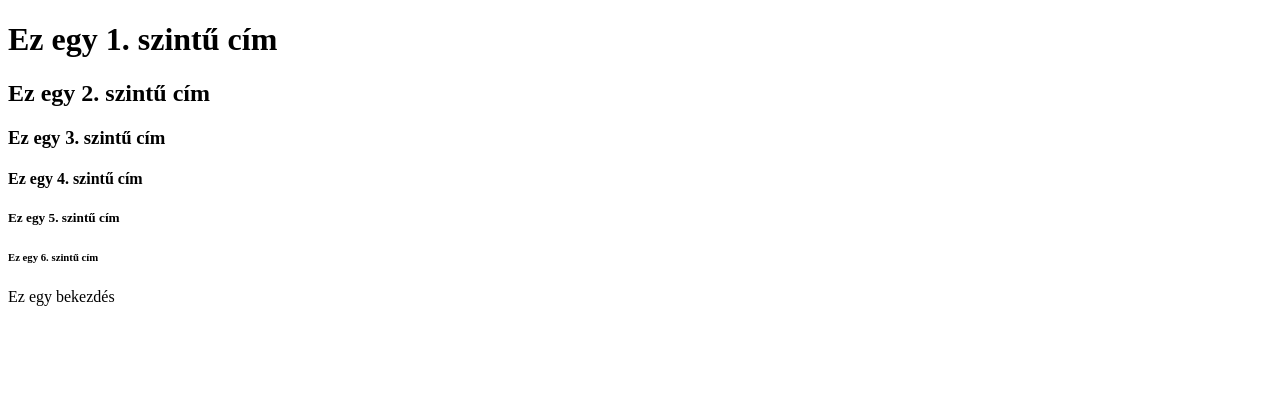
Repository: doomhyena/Web
Page: 2.óra/inedx.html
These files come from the project's save history. The page is drawn as it stood at one moment and after the next save; the edit follows.
The browser window is 1280 px wide. The pictures show the whole page.

Above is the page before, as saved 2024-09-13 10:35:49.

### 2.óra/inedx.html
<!DOCTYPE html>
<html>
   <head>
       <!-- ITT ADHATOD MEG AZ OLDAL NEVÉT -->
       <title>2.óra</title>

       <!-- AZ OLDALLAL KAPCSOLATOS FONTOS ADATOK -->
       <meta charset='UTF-8'>
       <meta name='description' content='2.óra // 2024.09.13'>
       <meta name='keywords' content='Keresést, Segítő, Szavak, Vesszővel, Elválasztva'>
       <meta name='author' content='Neved'>
       <meta name='viewport' content='width=device-width, initial-scale=1.0'>
   </head>
   <body>
    <h1>Ez egy 1. szintű cím</h1>
    <h2>Ez egy 2. szintű cím</h2>
    <h3>Ez egy 3. szintű cím</h3>
    <h4>Ez egy 4. szintű cím</h4>
    <h5>Ez egy 5. szintű cím</h5>
    <h6>Ez egy 6. szintű cím</h6>
    <p>Ez egy bekezdés</p>
   </body>
</html>

After the next save:
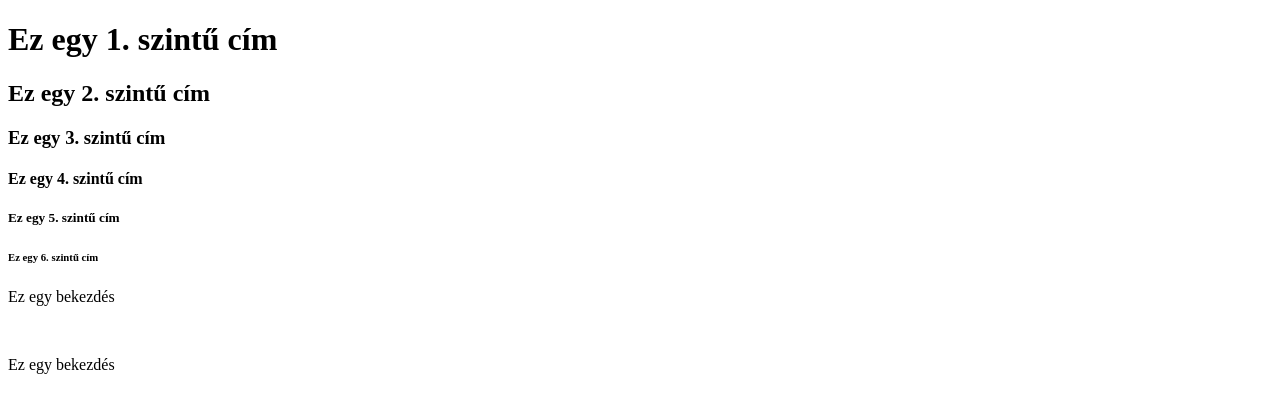
Saved 7 min 22 s later.
--- a/2.óra/inedx.html
+++ b/2.óra/inedx.html
@@ -18,6 +18,6 @@
     <h4>Ez egy 4. szintű cím</h4>
     <h5>Ez egy 5. szintű cím</h5>
     <h6>Ez egy 6. szintű cím</h6>
-    <p>Ez egy bekezdés</p>
+    <p>Ez egy bekezdés</p> <br> <p>Ez egy bekezdés</p>
    </body>
 </html>
